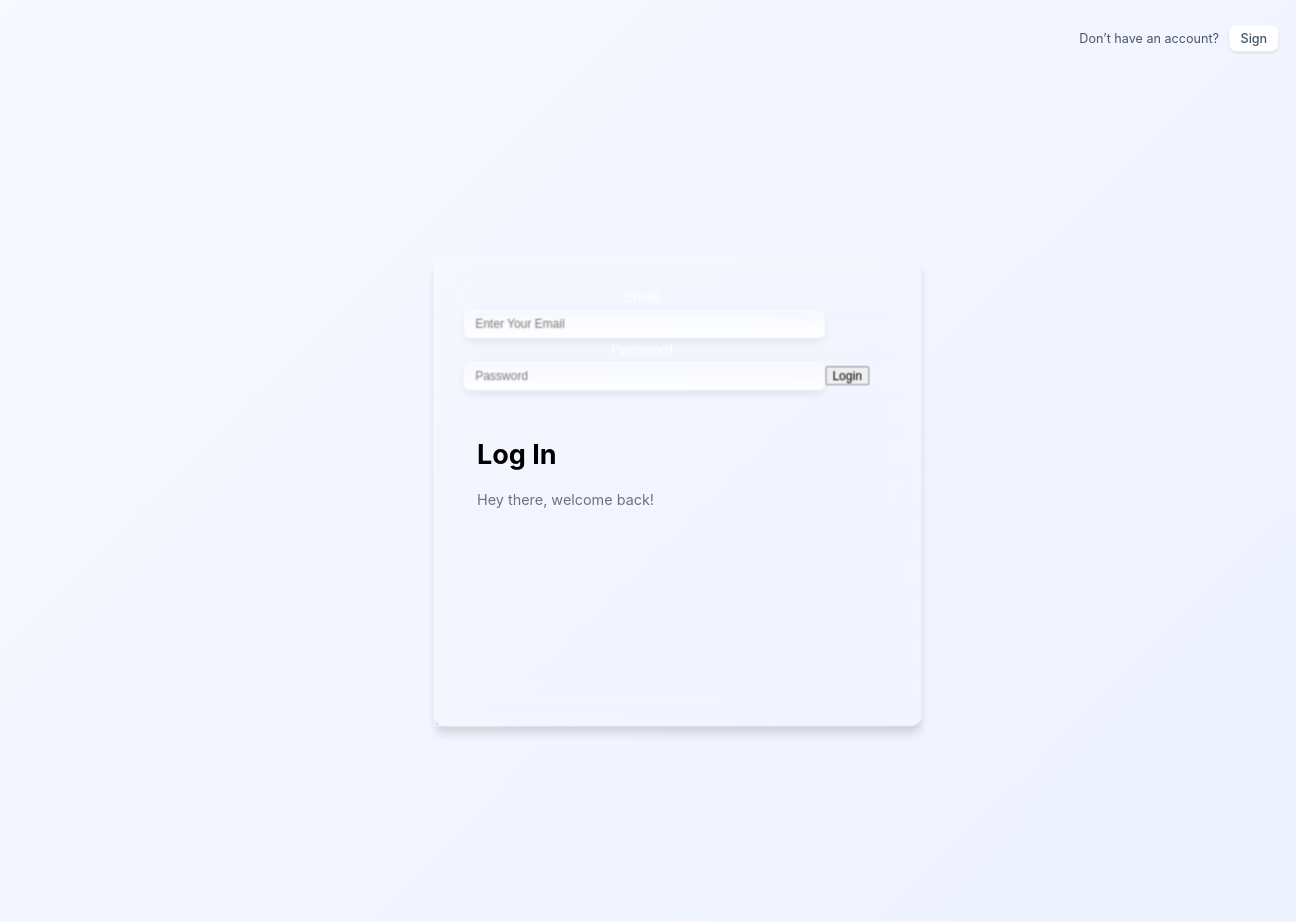
Repository: AfifaNoor/Admin_Panel-React-
Page: /sign-up
The author's editor kept a copy of each file at every save. The page is drawn from the files as they stood at one save, then again after the next save.
The browser window is 1280 px wide. The page is 1440 px wide, so the pictures cover 1440 px, including what lies to the right of the window. The pictures show the whole page, at 90% of full size.
The project was rebuilt for these pictures with package versions that can differ from the ones it lists, and the page was loaded fresh each time. Also part of the build but not shown: src/SignUp.jsx.

Above is the page before, as saved 2025-07-10 16:09:45.

### src/App.js
import React from 'react'
import LoginPage from './LoginPage'
import { RouterProvider } from 'react-router-dom'
import Router from './Router'

const App = () => {
  return (
    <>
      {/* <RouterProvider router={Router}/> */}
      <LoginPage/>
    </>


  )
}

export default App

### src/LoginPage.jsx
import React, { useState } from 'react'
// import {Navigate, useNavigate} from 'react-router-dom';
import "./LoginPage.css"
import { ToastContainer, toast } from 'react-toastify';
import 'react-toastify/dist/ReactToastify.css';

const LoginPage = () => {
    const[email , setEmail]=useState('')
    const [password , setPassword] = useState('')
    // const navigate= useNavigate();

const handleSubmit =(e)=>{
    e.preventDefault();

 const hardcoreMail="login@gmail.com";
 const hardcorePassword = '1234567'

    if (email=== hardcoreMail && password === hardcorePassword){
        alert("Login Successfull")

    }else{
        alert("Invalid Credential")
    }

}



  return (
 <div className="login-container">

      <div className="signup-redirect">
        <p>
          Don’t have an account?{' '}
          {/* <span className="signup-link" onClick={() => navigate('/sign-up')}> */}
            {/* Sign Up */}
          {/* </span> */}
          <span className="signup-link" >
            Sign
          </span>
        </p>
      </div>

      <div className="title">
        <h1>Log In</h1>
        <p>Hey there, welcome back!</p>
      </div>

    <div>



    </div>

      <form className="login-form" onSubmit={handleSubmit}>
      <label className='form-label'>Email</label>
        <input
          type="email"
          className="form-input"
          value={email}
          placeholder="Enter Your Email"
          onChange={(e) => setEmail(e.target.value)}
          required
        />

        <label className='form-label'>Password</label>
        <input
          type="password"
          className="form-input"
          placeholder="Password"
          value={password}
          onChange={(e) => setPassword(e.target.value)}
          required
        />

        <button className="login-btn" type="submit">
          Login
        </button>

        {/* <ToastContainer /> */}
      </form>
    </div>
  );
}

export default LoginPage

### src/Router.jsx
import React from 'react';
import { createBrowserRouter , createRoutesFromElements , Route } from 'react-router-dom';
import LoginPage from './LoginPage';
import SignUp from './SignUp';

const Router = createBrowserRouter(
  createRoutesFromElements(
    <>

      <Route path='/sign-up' element={<SignUp/>}/>
      <Route path='login-page' element={<LoginPage/>}/>
    </>
  )
)

export default Router;

### src/LoginPage.css
.login-container {
  width: 1440px;
  height: 1024px;
  /* background: #FFFFFF; */
  opacity: 1;
  transform: rotate(0deg);
  display: flex;
  justify-content: center;
  align-items: center;
  background: linear-gradient(135deg, #f8f9ff, #eef2ff);
  flex-direction: column;
  /* font-family: 'Inter','sans-serif'; */
  position: relative;


}
.signup-redirect {
  position: absolute;
  top: 20px;
  right: 20px;
  font-size: 14px;
  color: #475569;
}

.signup-link {
  background: #ffffff;
  border-radius: 8px;
  padding: 6px 12px;
  margin-left: 8px;
  box-shadow: 0 2px 4px rgba(0,0,0,0.1);
  cursor: pointer;
  font-weight: 500;
  transition: all 0.3s ease;
}

.signup-link:hover {
  background: #f0f0f0;
}



.title{
  z-index: 3;
  width: 380px;
  height: 72px;
  opacity: 1;
  gap: 10px;
  margin-bottom: 24px;

}

.title h1 {
width: 380px;
height: 40px;
font-family: 'Inter', sans-serif;
font-weight: 600px;
font-size: 30px;
line-height: 40px;
letter-spacing: -1%;
}

.title p{
  font-size: 16px;
  font-style: Inter;
  font-weight: 400px;
  font-style:normal;
  line-height: 22px;
  letter-spacing: -1%;
  color: rgba(107, 114, 128, 1);

}

.login-form{
  width: 476px;
  height: 456px;
  position: absolute;
  top: 284.5px;
  left: 482px;
  border-radius: 12px;
  padding: 32px;
  gap: 10px;
  opacity: 1;
  flex-direction: column;

  z-index: 2;

  background: linear-gradient(180deg, rgba(255, 255, 255, 0) -9.58%, rgba(255, 255, 255, 0.052) 100%);
  border: 1px solid transparent;
  border-image-source: linear-gradient(93.78deg, #FFFFFF 8.04%, rgba(255, 255, 255, 0) 100%);
  border-image-slice: 1;


-webkit-backdrop-filter: blur(20px);
backdrop-filter: blur(20px);

box-shadow:
  0px 10px 10px 0px rgba(0, 0, 0, 0.10),
  0px 4px 4px 0px rgba(0, 0, 0, 0.05),
  0px 1px 0px 0px rgba(0, 0, 0, 0.05),
  inset 0px 20px 50px 0px rgba(255, 255, 255, 0.15);

}

.form-label{
width: 380px;
height: 22px;
transform: rotate(0deg);
opacity: 1;
gap: 12px;

font-family: 'Intern',sans-serif;
font-weight: 500px;
font-size: 16px;
line-height: 22px;
letter-spacing: -0.01em;

color:#FFFFFF;


border: none;
border-radius: 6px;
padding: 2px 8px;
cursor: pointer;
display: inline-flex;
align-items: center;
justify-content: center;

}

.form-input{

 width: 380px;
  height: 20px;
  min-width: 140px;
  max-width: 500px;
  transform: rotate(0deg);
  opacity: 1;
  border-radius: 8px;
  border-width: 1px;
  padding: 5px 8px 5px 12px;
  gap: 8px;

  background: linear-gradient(0deg, rgba(255, 255, 255, 0.9) 0%, rgba(255, 255, 255, 0.4) 100%);
  border: 1px solid transparent; /* fallback for border-image */

  border-image:
    linear-gradient(0deg, rgba(255, 255, 255, 0.1), rgba(255, 255, 255, 0.1)),
    linear-gradient(360deg, rgba(255, 255, 255, 0.5) 0%, rgba(255, 255, 255, 0) 100%);
  border-image-slice: 1;


  -webkit-backdrop-filter: blur(20px);
  backdrop-filter: blur(20px);
  box-shadow: 0 4px 10px rgba(0,0,0,0.08);
  cursor: pointer;
}

Loaded but not shown: public/index.html (common file); src/index.js (common file); src/index.css (common file); src/reportWebVitals.js (common file)

After the next save:
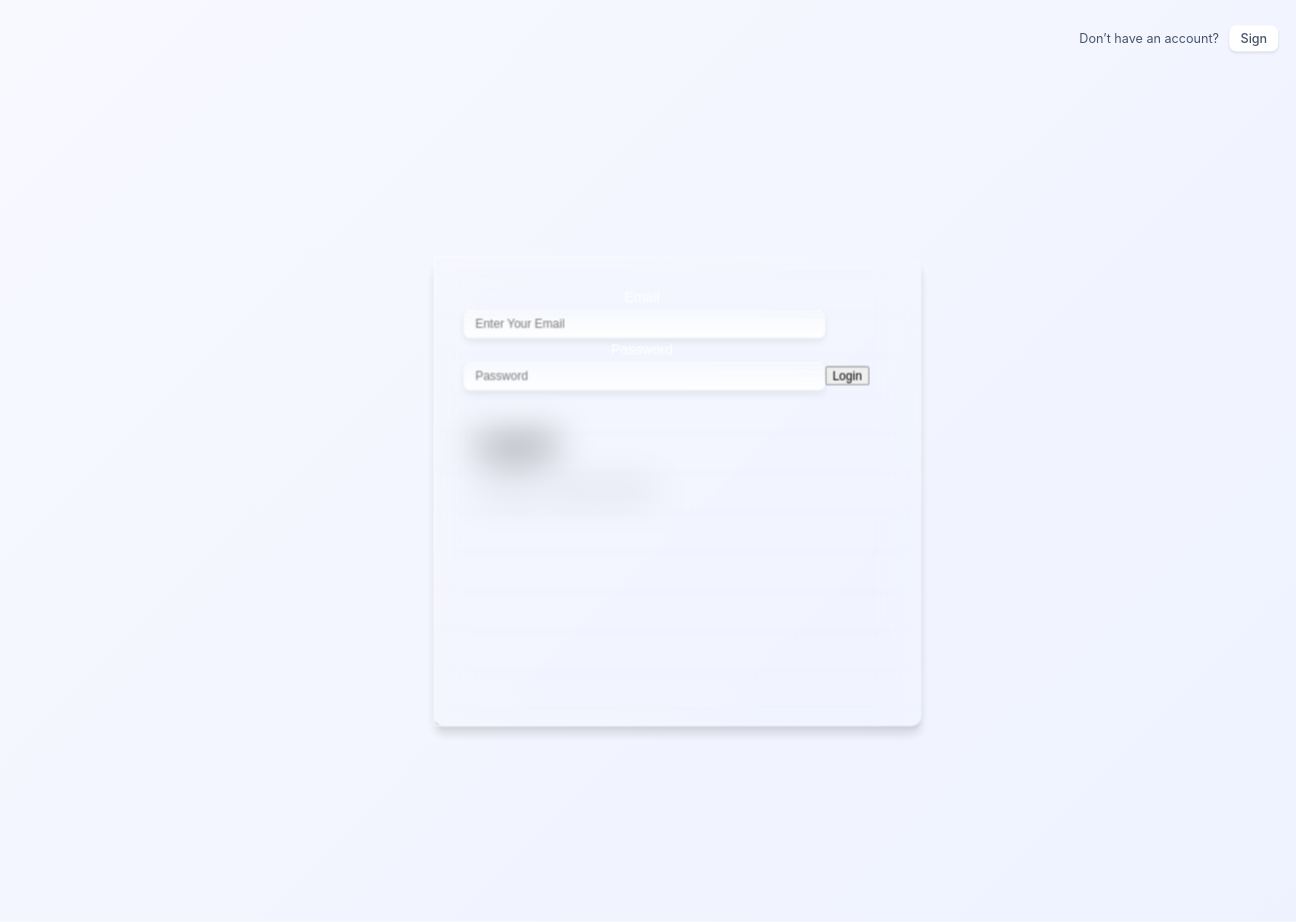
Saved 38 s later.
--- a/src/LoginPage.css
+++ b/src/LoginPage.css
@@ -39,7 +39,7 @@
 
 
 
-.title{
+/* .title{
   z-index: 3;
   width: 380px;
   height: 72px;
@@ -47,7 +47,7 @@
   gap: 10px;
   margin-bottom: 24px;
 
-}
+} */
 
 .title h1 {
 width: 380px;
